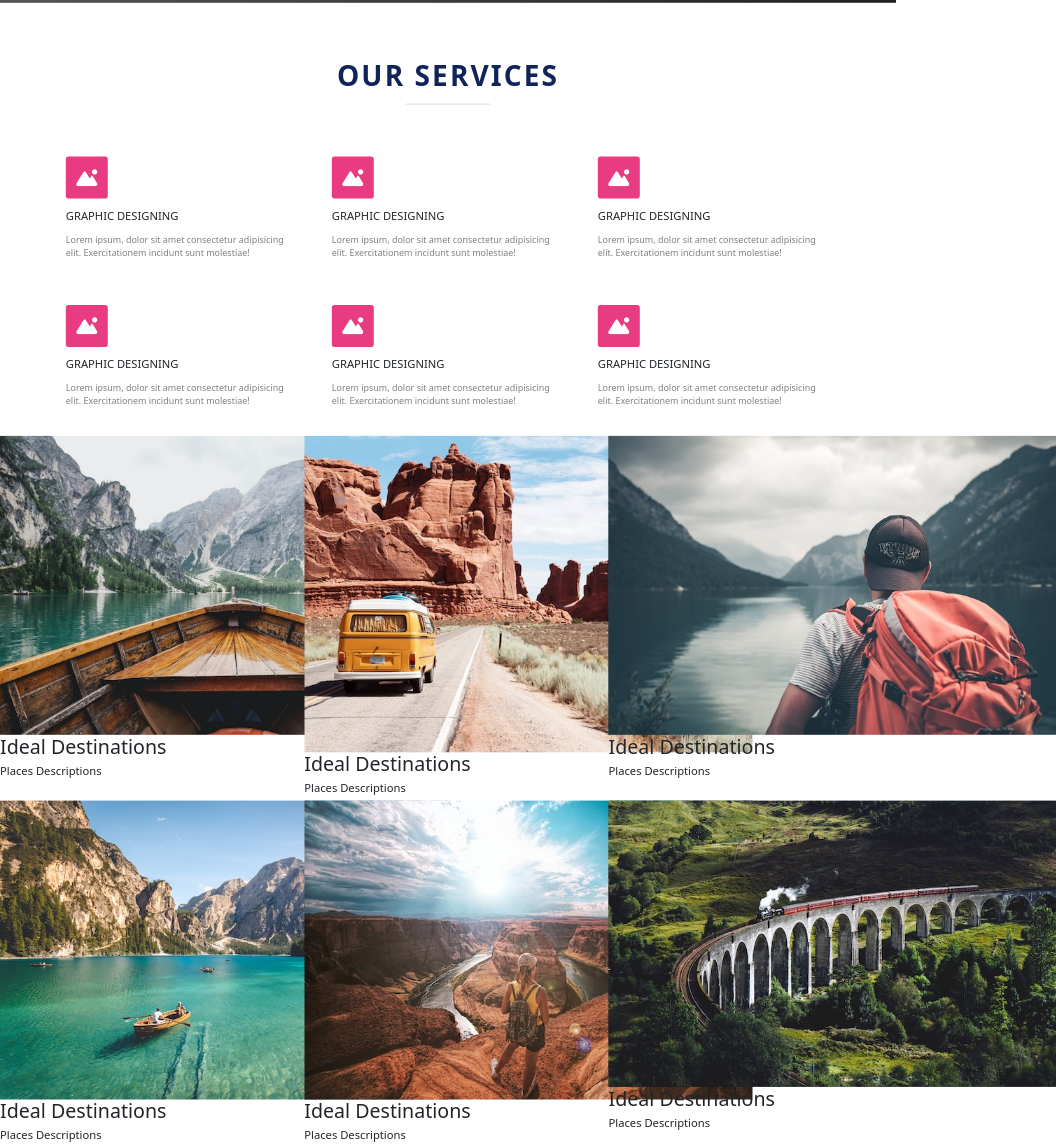
Repository: lhggiang/CaseStudy
Page: index.html
These files come from the project's save history. The page is drawn as it stood at one moment and after the next save; the edit follows.
The browser window is 1280 px wide. The page is 1509 px wide, then 1292 px, so the pictures cover 1509 px, including what lies to the right of the window. The pictures show the part of the page from y = 774 to 2414 px (the page is 2414 px tall before and 2099 px after), at 70% of full size.
Pictures or frames that could not be fetched are drawn as grey boxes. Backgrounds fixed to the window are drawn as part of the page. Some web libraries are served in a nearby version. The style sheet was rebuilt from its Sass, Less or Tailwind sources for each picture, by a compiler version that may differ from the author's.

Above is the page before, as saved 2023-02-22 15:37:35.

### index.html
<!DOCTYPE html>
<html lang="en">

<head>
    <meta charset="UTF-8">
    <meta http-equiv="X-UA-Compatible" content="IE=edge">
    <meta name="viewport" content="width=device-width, initial-scale=1.0">
    <title>Document</title>
    <link rel="stylesheet" href="./style.css">
    <!-- git remote add origin https://github.com/lhggiang/CaseStudy.git -->
    <link href="https://cdn.jsdelivr.net/npm/bootstrap@5.3.0-alpha1/dist/css/bootstrap.min.css" rel="stylesheet"
        integrity="sha384-GLhlTQ8iRABdZLl6O3oVMWSktQOp6b7In1Zl3/Jr59b6EGGoI1aFkw7cmDA6j6gD" crossorigin="anonymous">
    <link rel="stylesheet" href="https://cdnjs.cloudflare.com/ajax/libs/font-awesome/6.3.0/css/all.min.css">
    <link rel="stylesheet" href="./assets/css/style.css">
</head>

<body>
    <!-- Navbar -->
    <nav class="navbar navbar-expand-lg bg-white">
        <div class="container">
            <a class="navbar-brand" href="#">HG.Travel</a>
            <button class="navbar-toggler" type="button" data-bs-toggle="collapse" data-bs-target="#navbarNav"
                aria-controls="navbarNav" aria-expanded="false" aria-label="Toggle navigation">
                <span class="navbar-toggler-icon"></span>
            </button>
            <div class="collapse navbar-collapse" id="navbarNav">
                <ul class="navbar-nav ms-auto">
                    <li class="nav-item">
                        <a class="nav-link active" aria-current="page" href="#">HOME</a>
                    </li>
                    <li class="nav-item">
                        <a class="nav-link" href="#">SERVICES</a>
                    </li>
                    <li class="nav-item">
                        <a class="nav-link" href="#">PORTFOLIO</a>
                    </li>
                    <li class="nav-item">
                        <a class="nav-link" href="#">FEATURES</a>
                    </li>
                    <li class="nav-item">
                        <a class="nav-link" href="#">TEAM</a>
                    </li>
                    <li class="nav-item">
                        <a class="nav-link" href="#">TESTIMONIALS</a>
                    </li>
                    <li class="nav-item">
                        <a class="nav-link" href="#">CONTACT</a>
                    </li>
                </ul>
            </div>
        </div>
    </nav>
    <!-- Hero -->
    <div class="hero">
        <div class="container text-center">
            <div class="row justify-content-center">
                <div class="col-md-10">
                    <h1 class="text-white display-3">WE ARE CREATIVE AGENCY, CREATIVE PEOPLE</h1>
                    <p class="text-white">Lorem ipsum dolor sit amet consectetur, adipisicing elit. Expedita, soluta
                        fugit
                        voluptatibus veritatis voluptas dolores eligendi ducimus enim blanditiis cupiditate.</p>
                    <a href="#" class="btn btn-danger">Contact</a>
                </div>
            </div>
        </div>
    </div>
    <!-- Services -->
    <div class="services">
        <div class="container">
            <div class="row">
                <div class="col-12 services__intro">
                    <h1>Our Services</h1>
                    <div class="services__line"></div>
                </div>
            </div>
            <div class="row services__components">
                <div class="col-lg-4 col-sm-6 p-4">
                    <div class="services__icon">
                        <i class="fa-solid fa-mountain-sun"></i>
                    </div>
                    <h4 class="services__title">GRAPHIC DESIGNING</h4>
                    <p class="services__content">Lorem ipsum, dolor sit amet consectetur adipisicing elit.
                        Exercitationem incidunt sunt molestiae!
                    </p>
                </div>
                <div class="col-lg-4 col-sm-6 p-4">
                    <div class="services__icon">
                        <i class="fa-solid fa-mountain-sun"></i>
                    </div>
                    <h4 class="services__title">GRAPHIC DESIGNING</h4>
                    <p class="services__content">Lorem ipsum, dolor sit amet consectetur adipisicing elit.
                        Exercitationem incidunt sunt molestiae!
                    </p>
                </div>
                <div class="col-lg-4 col-sm-6 p-4">
                    <div class="services__icon">
                        <i class="fa-solid fa-mountain-sun"></i>
                    </div>
                    <h4 class="services__title">GRAPHIC DESIGNING</h4>
                    <p class="services__content">Lorem ipsum, dolor sit amet consectetur adipisicing elit.
                        Exercitationem incidunt sunt molestiae!
                    </p>
                </div>
                <div class="col-lg-4 col-sm-6 p-4">
                    <div class="services__icon">
                        <i class="fa-solid fa-mountain-sun"></i>
                    </div>
                    <h4 class="services__title">GRAPHIC DESIGNING</h4>
                    <p class="services__content">Lorem ipsum, dolor sit amet consectetur adipisicing elit.
                        Exercitationem incidunt sunt molestiae!
                    </p>
                </div>
                <div class="col-lg-4 col-sm-6 p-4">
                    <div class="services__icon">
                        <i class="fa-solid fa-mountain-sun"></i>
                    </div>
                    <h4 class="services__title">GRAPHIC DESIGNING</h4>
                    <p class="services__content">Lorem ipsum, dolor sit amet consectetur adipisicing elit.
                        Exercitationem incidunt sunt molestiae!
                    </p>
                </div>
                <div class="col-lg-4 col-sm-6 p-4">
                    <div class="services__icon">
                        <i class="fa-solid fa-mountain-sun"></i>
                    </div>
                    <h4 class="services__title">GRAPHIC DESIGNING</h4>
                    <p class="services__content">Lorem ipsum, dolor sit amet consectetur adipisicing elit.
                        Exercitationem incidunt sunt molestiae!
                    </p>
                </div>
            </div>
        </div>
    </div>
    <!-- Portfolio -->
    <div class="portfolio row">
        <div class="col-lg-4 col-sm-6">
            <div class="portfolio__item">
                <img src="./img/P1.jpg" alt="Ideal Destinations">
                <div class="portfolio__content">
                    <div>
                        <h3>Ideal Destinations</h3>
                        <h6>Places Descriptions</h6>
                    </div>
                </div>
            </div>
        </div>
        <div class="col-lg-4 col-sm-6">
            <div class="portfolio__item">
                <img src="./img/P2.jpg" alt="Ideal Destinations">
                <div class="portfolio__content">
                    <div>
                        <h3>Ideal Destinations</h3>
                        <h6>Places Descriptions</h6>
                    </div>
                </div>
            </div>
        </div>
        <div class="col-lg-4 col-sm-6">
            <div class="portfolio__item">
                <img src="./img/P3.jpg" alt="Ideal Destinations">
                <div class="portfolio__content">
                    <div>
                        <h3>Ideal Destinations</h3>
                        <h6>Places Descriptions</h6>
                    </div>
                </div>
            </div>
        </div>
        <div class="col-lg-4 col-sm-6">
            <div class="portfolio__item">
                <img src="./img/P4.jpg" alt="Ideal Destinations">
                <div class="portfolio__content">
                    <div>
                        <h3>Ideal Destinations</h3>
                        <h6>Places Descriptions</h6>
                    </div>
                </div>
            </div>
        </div>
        <div class="col-lg-4 col-sm-6">
            <div class="portfolio__item">
                <img src="./img/P5.jpg" alt="Ideal Destinations">
                <div class="portfolio__content">
                    <div>
                        <h3>Ideal Destinations</h3>
                        <h6>Places Descriptions</h6>
                    </div>
                </div>
            </div>
        </div>
        <div class="col-lg-4 col-sm-6">
            <div class="portfolio__item">
                <img src="./img/P6.jpg" alt="Ideal Destinations">
                <div class="portfolio__content">
                    <div>
                        <h3>Ideal Destinations</h3>
                        <h6>Places Descriptions</h6>
                    </div>
                </div>
            </div>
        </div>
    </div>
</body>
<script src="https://cdn.jsdelivr.net/npm/bootstrap@5.3.0-alpha1/dist/js/bootstrap.bundle.min.js"
    integrity="sha384-w76AqPfDkMBDXo30jS1Sgez6pr3x5MlQ1ZAGC+nuZB+EYdgRZgiwxhTBTkF7CXvN"
    crossorigin="anonymous"></script>

</html>

### style.scss
* {
  box-sizing: border-box;
}

body {
  font-size: 62.5%;
}

$font-size: 0.9rem;
$color-pink: #e93b81;
$font-weight: 500;

// Navbar
.navbar {
  border-bottom: 2px solid rgba(0, 0, 0, 0.1);
  .navbar-brand {
    font-weight: $font-weight;
    color: #11245a;
  }
  .nav-link {
    font-size: $font-size;
    font-weight: $font-weight;
    letter-spacing: 0.05rem;
    &.active {
      color: $color-pink;
    }
  }
}

//Hero
.hero {
  background-image: linear-gradient(
      to right,
      rgb(67, 67, 67, 0.8) 0%,
      rgb(0, 0, 0, 0.8) 100%
    ),
    url("https://images.unsplash.com/photo-1539635278303-d4002c07eae3?ixlib=rb-4.0.3&ixid=MnwxMjA3fDB8MHxwaG90by1wYWdlfHx8fGVufDB8fHx8&auto=format&fit=crop&w=1170&q=80");
  min-height: 100vh;
  background-size: cover;
  background-position: center;
  background-attachment: fixed;
  display: flex;
  align-items: center;

  h1 {
    font-weight: $font-weight;
  }

  p {
    font-size: $font-size;
    max-width: 30rem;
    margin: 20px auto;
  }

  .btn {
    font-weight: $font-weight;
    font-size: $font-size;
    padding: 8px 22px;
    border-radius: 0;
  }
}

//Services
.services {
  &__intro {
    text-align: center;
    margin-top: 80px;
    h1 {
      color: #11245a;
      text-transform: uppercase;
      font-weight: 600;
      letter-spacing: 3px;
    }
    .services__line {
      width: 120px;
      height: 2px;
      background-color: rgba(0, 0, 0, 0.1);
      margin: 16px auto 0 auto;
    }
  }
  &__icon {
    width: 60px;
    height: 60px;
    background-color: $color-pink;
    color: #fff;
    border-radius: 4px;
    display: flex;
    align-items: center;
    justify-content: center;
    font-size: 1.5rem;
    flex: none;
  }
  &__title {
    font-size: 1rem;
    margin: 15px 0;
  }
  &__content {
    font-size: 0.8rem;
    color: rgba(0, 0, 0, 0.5);
  }
  &__components {
    margin-top: 50px;
  }
}

//Portfolio
.portfolio {
}

After the next save:
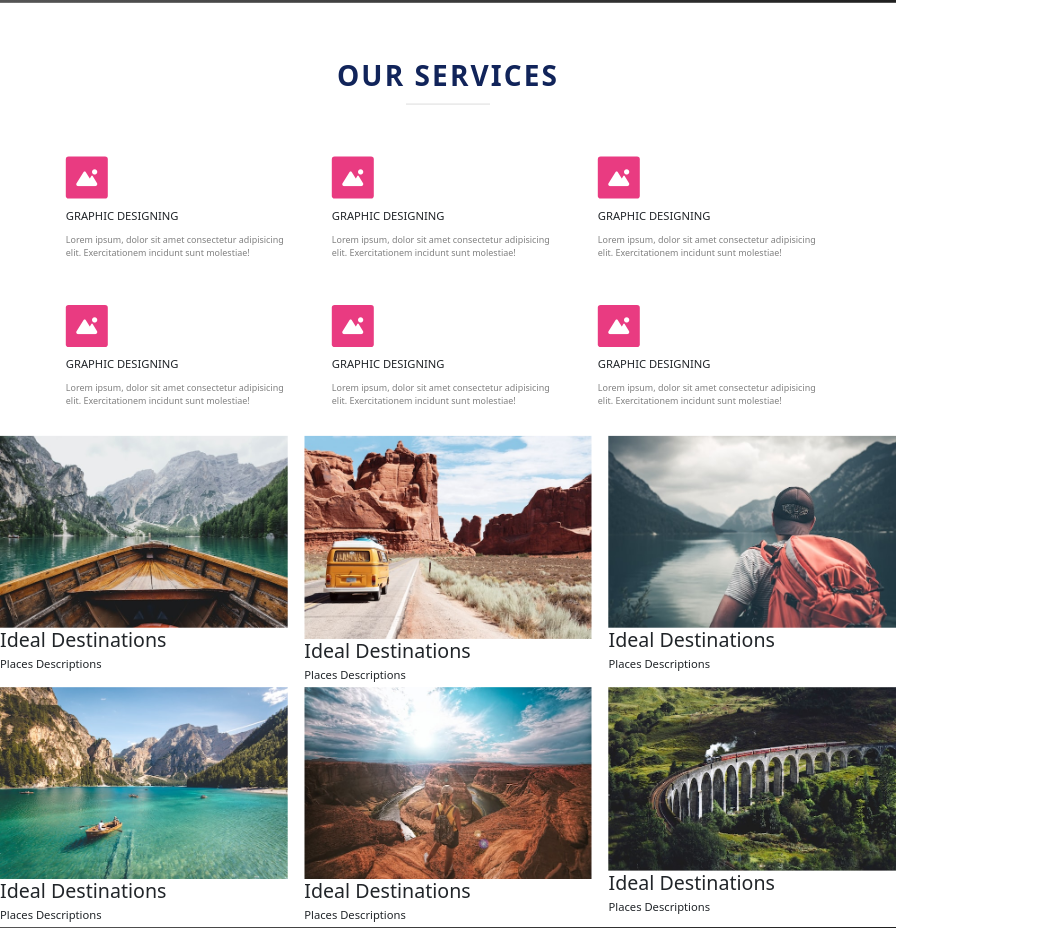
Saved 15 s later.
--- a/style.scss
+++ b/style.scss
@@ -105,4 +105,9 @@ $font-weight: 500;
 
 //Portfolio
 .portfolio {
+  .portfolio__item {
+    img {
+      width: 100%;
+    }
+  }
 }
